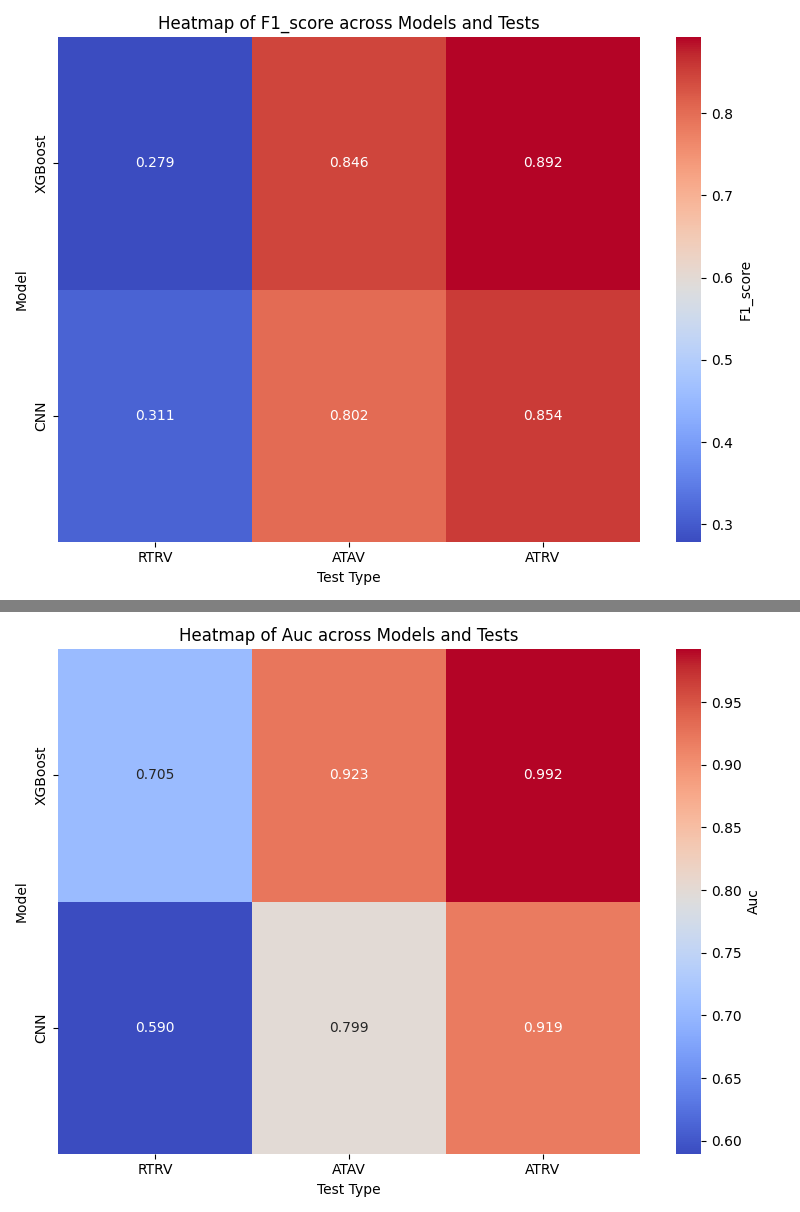
Repository: Hanqk97/COVID-19_Audio_Detection_Project
Script's output: python Plot/heatmap.py
The author's editor kept a copy of each file at every save. The script's output is drawn from the files as they stood at one save, then again after the next save.
Each picture stacks the figures in order, with grey between them; figures that are only written to a file come last. Random numbers start from a fixed seed.

Above is the script's output before, as saved 2024-12-03 17:21:00.

### Plot/heatmap.py
import json
import pandas as pd
import seaborn as sns
import matplotlib.pyplot as plt

# Load the JSON data
with open("result/summary.json", "r") as f:
    data = json.load(f)

# Extract relevant metrics and organize into a DataFrame
def create_dataframe(metric_name):
    models = ["CNN", "XGBoost"]
    tests = ["RTRV", "ATAV", "ATRV"]
    values = []

    for model in models:
        raw_avg = sum(data[model][f"raw_{i+1}"][metric_name] for i in range(5)) / 5
        aug_avg = sum(data[model][f"aug_{i+1}"][metric_name] for i in range(5)) / 5
        train_avg = data[model]["train"][metric_name]
        values.append([raw_avg, train_avg, aug_avg])

    # Create a DataFrame
    df = pd.DataFrame(values, columns=tests, index=models)

    # Sort rows based on "Augmented Data" values
    df = df.sort_values(by="ATRV", ascending=False)

    return df

# Generate heatmaps and save them to files
def plot_heatmap(df, metric_name, filename):
    plt.figure(figsize=(8, 6))
    sns.heatmap(df, annot=True, fmt=".3f", cmap="coolwarm", cbar_kws={"label": metric_name.capitalize()})
    plt.title(f"Heatmap of {metric_name.capitalize()} across Models and Tests")
    plt.ylabel("Model")
    plt.xlabel("Test Type")
    plt.tight_layout()
    plt.savefig(filename)  # Save the heatmap to a file
    plt.close()

# Generate and save heatmap for F1 Score
f1_df = create_dataframe("f1_score")
plot_heatmap(f1_df, "f1_score", "f1_score_heatmap.png")

# Generate and save heatmap for AUC
auc_df = create_dataframe("auc")
plot_heatmap(auc_df, "auc", "auc_heatmap.png")

### result/summary.json
{
    "CNN":{
        "raw_1":{
            "f1_score": 0.23076923076923078,
            "precision": 0.35294117647058826,
            "recall": 0.17142857142857143,
            "accuracy": 0.7927461139896373,
            "auc": 0.5509041591320073
        },
        "raw_2":{
            "f1_score": 0.23076923076923078,
            "precision": 0.35294117647058826,
            "recall": 0.17142857142857143,
            "accuracy": 0.7927461139896373,
            "auc": 0.5509041591320073
        },
        "raw_3":{
            "f1_score": 0.30508474576271183,
            "precision": 0.375,
            "recall": 0.2571428571428571,
            "accuracy": 0.7875647668393783,
            "auc": 0.5811030741410488
        },
        "raw_4":{
            "f1_score": 0.42857142857142855,
            "precision": 0.4166666666666667,
            "recall": 0.4411764705882353,
            "accuracy": 0.7916666666666666,
            "auc": 0.654132539091586
        },
        "raw_5":{
            "f1_score": 0.35820895522388063,
            "precision": 0.35294117647058826,
            "recall": 0.36363636363636365,
            "accuracy": 0.7724867724867724,
            "auc": 0.6113053613053614
        },
        "aug_1":{
            "f1_score": 0.7945205479452055,
            "precision": 0.7631578947368421,
            "recall": 0.8285714285714286,
            "accuracy": 0.9222797927461139,
            "auc": 0.8858047016274865
        },
        "aug_2":{
            "f1_score": 0.8985507246376812,
            "precision": 0.9117647058823529,
            "recall": 0.8857142857142857,
            "accuracy": 0.9637305699481865,
            "auc": 0.9333634719710668
        },
        "aug_3":{
            "f1_score": 0.8378378378378378,
            "precision": 0.7948717948717948,
            "recall": 0.8857142857142857,
            "accuracy": 0.9378238341968912,
            "auc": 0.9175406871609403
        },
        "aug_4":{
            "f1_score": 0.8823529411764706,
            "precision": 0.8823529411764706,
            "recall": 0.8823529411764706,
            "accuracy": 0.9583333333333334,
            "auc": 0.9285182427401341
        },
        "aug_5":{
            "f1_score": 0.8571428571428571,
            "precision": 0.8108108108108109,
            "recall": 0.9090909090909091,
            "accuracy": 0.9470899470899471,
            "auc": 0.9321095571095571
        },
        "train":{
            "f1_score": 0.8024106257351653,
            "precision": 0.7915644429804949,
            "recall": 0.818831016016817,
            "accuracy": 0.7988750669603,
            "auc": 0.799090689569917
        }
    },
    "XGBoost":{
        "raw_1":{
            "f1_score": 0.3636363636363636,
            "precision": 0.8888888888888888,
            "recall": 0.22857142857142856,
            "accuracy": 0.8549222797927462,
            "auc": 0.722242314647378
        },
        "raw_2":{
            "f1_score": 0.3555555555555555,
            "precision": 0.8,
            "recall": 0.22857142857142856,
            "accuracy": 0.8497409326424871,
            "auc": 0.7056057866184449
        },
        "raw_3":{
            "f1_score": 0.23809523809523808,
            "precision": 0.7142857142857143,
            "recall": 0.14285714285714285,
            "accuracy": 0.8341968911917098,
            "auc": 0.6242314647377939
        },
        "raw_4":{
            "f1_score": 0.27906976744186046,
            "precision": 0.6666666666666666,
            "recall": 0.17647058823529413,
            "accuracy": 0.8385416666666666,
            "auc": 0.7870439314966493
        },
        "raw_5":{
            "f1_score": 0.15789473684210525,
            "precision": 0.6,
            "recall": 0.09090909090909091,
            "accuracy": 0.8306878306878307,
            "auc": 0.6870629370629371
        },
        "aug_1":{
            "f1_score": 0.8857142857142857,
            "precision": 0.8857142857142857,
            "recall": 0.8857142857142857,
            "accuracy": 0.9585492227979274,
            "auc": 0.9942133815551537
        },
        "aug_2":{
            "f1_score": 0.9142857142857143,
            "precision": 0.9142857142857143,
            "recall": 0.9142857142857143,
            "accuracy": 0.9689119170984456,
            "auc": 0.9902350813743219
        },
        "aug_3":{
            "f1_score": 0.8648648648648648,
            "precision": 0.8205128205128205,
            "recall": 0.9142857142857143,
            "accuracy": 0.9481865284974094,
            "auc": 0.9902350813743218
        },
        "aug_4":{
            "f1_score": 0.9014084507042254,
            "precision": 0.8648648648648649,
            "recall": 0.9411764705882353,
            "accuracy": 0.9635416666666666,
            "auc": 0.9949739389426657
        },
        "aug_5":{
            "f1_score": 0.8955223880597014,
            "precision": 0.8823529411764706,
            "recall": 0.9090909090909091,
            "accuracy": 0.9629629629629629,
            "auc": 0.9904817404817404
        },
        "train":{
            "f1_score": 0.8461765336593803,
            "precision": 0.844392509161769,
            "recall": 0.8490103258061852,
            "accuracy": 0.8461678868321331,
            "auc": 0.9229407548490167
        }
    }
}

After the next save:
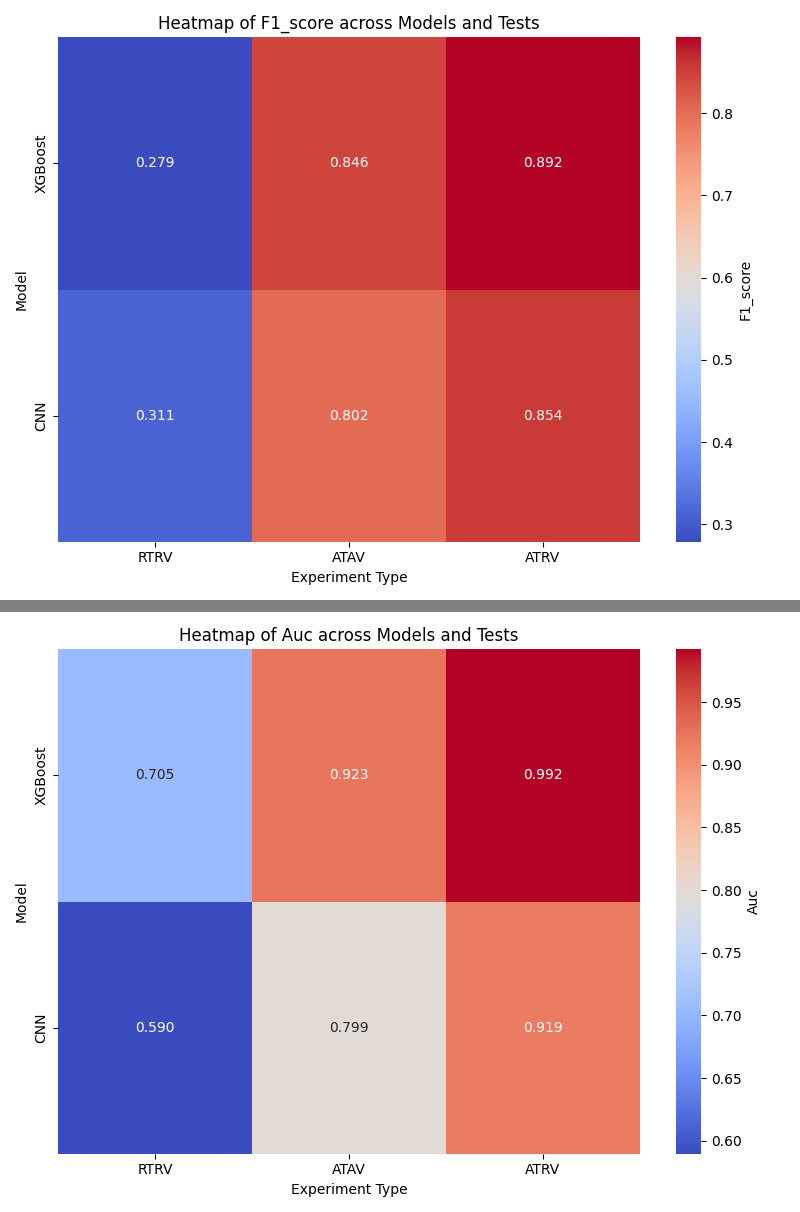
Saved 6 min 24 s later.
--- a/Plot/heatmap.py
+++ b/Plot/heatmap.py
@@ -33,7 +33,7 @@ def plot_heatmap(df, metric_name, filename):
     sns.heatmap(df, annot=True, fmt=".3f", cmap="coolwarm", cbar_kws={"label": metric_name.capitalize()})
     plt.title(f"Heatmap of {metric_name.capitalize()} across Models and Tests")
     plt.ylabel("Model")
-    plt.xlabel("Test Type")
+    plt.xlabel("Experiment Type")
     plt.tight_layout()
     plt.savefig(filename)  # Save the heatmap to a file
     plt.close()
